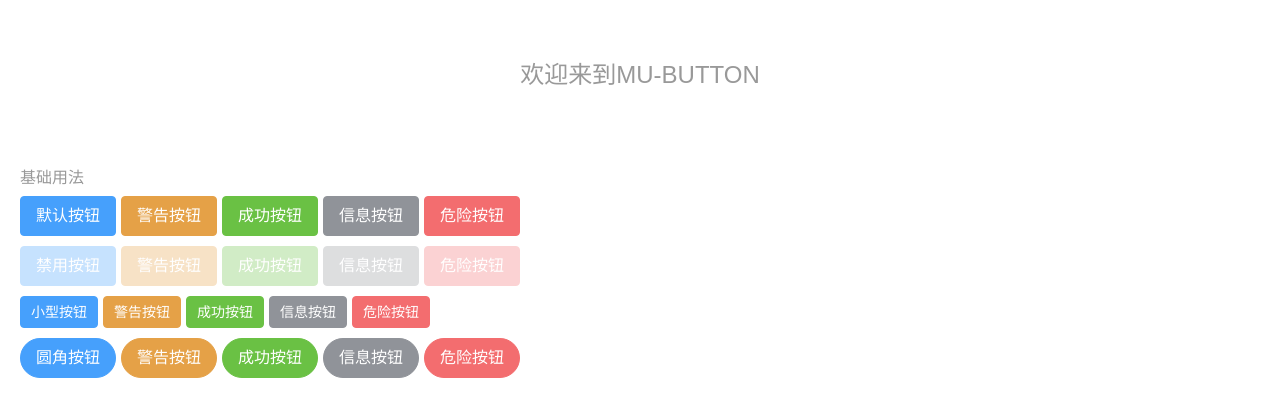
Repository: HuoXiaoYe/huoxiaoye_mumu
Page: /
The author's editor kept a copy of each file at every save. The page is drawn from the files as they stood at one save, then again after the next save.
The browser window is 1280 px wide. The pictures show the whole page.
The project was rebuilt for these pictures with package versions that can differ from the ones it lists, and the page was loaded fresh each time.

Above is the page before, as saved 2020-07-04 18:48:33.

### src/App.tsx
import React from 'react';
import './App.css';
import "@/assets/less/reset.less"
import ButtonWrap from "./pages/buttonWrap/buttonWrap"

function App() {
  return (
    <div className="App">
      <ButtonWrap />
    </div>
  );
}

export default App;

### src/pages/buttonWrap/buttonWrap.tsx
import React,{useState} from "react"
import "./index.less"
import MUButton from "../../components/button/button"
import Title from "../components/title/title"
import {ButtonType} from "@/tsconfig/MUButton"


interface Ibutton {
    type:ButtonType,
    value:string
}




const BUTTONDESC:string[] = ['基础用法','禁用按钮','小型按钮','圆角按钮'];
const getNode:(item:Ibutton,n:number)=>React.ReactNode = (item,n)=> {
    switch(n){
        case 0:
            return  <li key={item.type}><MUButton type={item.type}>{item.value}</MUButton></li>;
        case 1:
            return  <li key={item.type}><MUButton type={item.type}>{item.value}</MUButton></li>;
    }

}

function ButtonWrap() {
    const [buttonList] = useState<Ibutton[]>([
        {
            type:"warning",
            value:"警告按钮"
        },
        {
            type:"success",
            value:"成功按钮"
        },
        {
            type:"info",
            value:"信息按钮"
        },
        {
            type:"danger",
            value:"危险按钮"
        }
    ])
    function handleClick(q?:number,w?:number,e?:number){
        console.log('q',q)
        console.log('w',w)
        console.log('e',e)
    }
    return (
        <div className="button-wrap">
            <Title type="first">MU-BUTTON</Title>
            <div className="button-item">
                <Title type="second">基础用法</Title>
                <ul>
                    <li><MUButton>默认按钮</MUButton></li>
                    {
                        buttonList.map((item)=>{
                            return (
                                getNode(item,1)
                            )
                        })
                    }
                </ul>
                <ul>
                <li><MUButton disabled={true}>禁用按钮</MUButton></li>
                    {
                        buttonList.map((item)=>{
                            return (
                            <li key={item.type}><MUButton type={item.type} disabled={true}>{item.value}</MUButton></li>
                            )
                        })
                    }
                </ul>

                <ul>
                    <li><MUButton size="small">小型按钮</MUButton></li>
                    {
                        buttonList.map((item)=>{
                            return (
                                <li key={item.type}><MUButton type={item.type} size="small">{item.value}</MUButton></li>
                            )
                        })
                    }
                </ul>


                <ul>
                    <li><MUButton circle={true} onClick={handleClick}>圆角按钮</MUButton></li>
                    {
                        buttonList.map((item)=>{
                            return (
                            <li key={item.type}><MUButton circle={true} type={item.type}>{item.value}</MUButton></li>
                            )
                        })
                    }
                </ul>
            </div>

        </div>
    )
}

export default ButtonWrap

### src/pages/buttonWrap/index.less
@import '@/assets/less/common.less';

.button-wrap{

    .button-item{
        padding: 20px;

        ul{
            margin-top: 5px;
            display: flex;
            flex-wrap: wrap;
            li{
                margin-right: 5px;
                margin-top: 5px;
            }
        }
    }
}

### src/components/button/button.tsx
import React, { useEffect,useState } from 'react'
import { IProps } from "@/tsconfig/MUButton"
import "./index.less"




function MUButton(props: IProps) {
    const [btnClass,setBtnClass] = useState<string[]>(['mu-button'])
    useEffect(() => {
        let tempBtnClass:string[] = []
        if(props.type){
            tempBtnClass.push('mu-' + props.type)
        }else{
            tempBtnClass.push('mu-primary')
        }
        if(props.size){
            tempBtnClass.push('mu-' + props.size)
        }else{
            tempBtnClass.push('mu-normal')
        }
        if(props.disabled){
            tempBtnClass.push('mu-disabled')
        }
        if(props.circle){
            tempBtnClass.push('mu-circle')
        }
        setBtnClass([...btnClass,...tempBtnClass])
    // eslint-disable-next-line react-hooks/exhaustive-deps
    },[props])
    const handleClick = (e: React.MouseEvent<HTMLButtonElement | HTMLAnchorElement, MouseEvent>) => {
        const { onClick } = props;
        if (props.disabled) {
          return;
        }
        if (onClick) {
          (onClick as React.MouseEventHandler<HTMLButtonElement | HTMLAnchorElement>)(e);
        }
      };
    return (
        <button type="button" onClick={handleClick} className={btnClass.join(' ')} disabled={props.disabled}>
            {/* <i className="lake-loading"></i>
            <slot className="icon"></slot> */}

            {
                props.children
            }
        </button >
    )
}

export default MUButton

### src/pages/components/title/title.tsx
/* eslint-disable react-hooks/exhaustive-deps */
import React, {useState,useEffect} from "react"
import "./index.less"

type titleType = 'first' | 'second'

interface IProps {
    type : titleType,
    children?:any
}

function Title(props:IProps){
    const [,setClassName ]= useState<titleType>('first');
    useEffect(()=>{
        setClassName(props.type)
    })

    return (
        <div className="title-wrap">
            {
                props.type === 'first' ?
                <div className="firse-level">
                    欢迎来到
                    {
                        props.children
                    }
                </div>:
                <div className="second-level">
                    {
                        props.children
                    }
                </div>
            }
        </div>
    )
}

export default Title

### src/assets/less/common.less
@charset "utf-8";html{background-color:#fff;color:#000;font-size:12px}
body,ul,ol,dl,dd,h1,h2,h3,h4,h5,h6,figure,form,fieldset,legend,input,textarea,button,p,blockquote,th,td,pre,xmp{margin:0;padding:0}
body,input,textarea,button,select,pre,xmp,tt,code,kbd,samp{line-height:1.5;font-family:tahoma,arial,"Hiragino Sans GB",simsun,sans-serif}
h1,h2,h3,h4,h5,h6,small,big,input,textarea,button,select{font-size:100%}
h1,h2,h3,h4,h5,h6{font-family:tahoma,arial,"Hiragino Sans GB","微软雅黑",simsun,sans-serif}
h1,h2,h3,h4,h5,h6,b,strong{font-weight:normal}
address,cite,dfn,em,i,optgroup,var{font-style:normal}
table{border-collapse:collapse;border-spacing:0;text-align:left}
caption,th{text-align:inherit}
ul,ol,menu{list-style:none}
fieldset,img{border:0}
img,object,input,textarea,button,select{vertical-align:middle}
article,aside,footer,header,section,nav,figure,figcaption,hgroup,details,menu{display:block}
audio,canvas,video{display:inline-block;*display:inline;*zoom:1}
blockquote:before,blockquote:after,q:before,q:after{content:"\0020"}
textarea{overflow:auto;resize:vertical}
input,textarea,button,select,a{outline:0 none;border: none;}
button::-moz-focus-inner,input::-moz-focus-inner{padding:0;border:0}
mark{background-color:transparent}
a,ins,s,u,del{text-decoration:none}
sup,sub{vertical-align:baseline}
html {overflow-x: hidden;height: 100%;font-size: 50px;-webkit-tap-highlight-color: transparent;}
body {font-family: Arial, "Microsoft Yahei", "Helvetica Neue", Helvetica, sans-serif;color: #333;font-size: .28em;line-height: 1;-webkit-text-size-adjust: none;}
hr {height: .02rem;margin: .1rem 0;border: medium none;border-top: .02rem solid #cacaca;}
a {color: #25a4bb;text-decoration: none;}

### src/components/button/index.less
@btnPrefixClass:mu;
@brand-primary:#46a0fc;
@brand-error: #e5a147;
@brand-info: #909399;
@brand-danger: #f36d6f;
.btnType(@color){
    color: #fff;
    background-color: @color;
    border-color: @color;
}
@brand-success: #6ac144;
    .@{btnPrefixClass}-button {
        display: block;
        outline: 0 none;
        box-sizing: border-box;
        padding: 13px 15px;
        text-align: center;
        font-size: 16px;
        // width: 100%;
        min-width: 64px;
        height: 48px;
        line-height: 22px;
        overflow: hidden;
        text-overflow: ellipsis;
        word-break: break-word;
        white-space: nowrap;
        color: #333;
        background-color: #fff;
        border: 1px solid #D8DEE6;
        border-radius: 4px;
        user-select: none;
        -webkit-tap-highlight-color: rgba(0, 0, 0, 0);
        -webkit-appearance: none;
        -webkit-font-smoothing: antialiased;
    }
    .mu-primary {
        color: #fff;
        background-color: @brand-primary;
        border-color: @brand-primary;
        line-height: 48px;
    }
    .mu-warning {
        color: #fff;
        background-color: @brand-error;
        border-color: @brand-error;
    }
    .mu-success{
        color: #fff;
        background-color: @brand-success;
        border-color: @brand-success;
    }
    .mu-info{
        .btnType(@brand-info)
    }
    .mu-danger{
        .btnType(@brand-danger)
    }
    .mu-outline {
        color: @brand-primary;
        background-color: #fff;
        border-color: #008DFC;
    }
    .mu-small {
        font-size: 14px;
        height: 32px;
        line-height: 20px;
        padding: 5px 10px;
    }

    .mu-normal {
        font-size: 16px;
        height: 40px;
        line-height: 22px;
        padding: 8px 15px;
    }

    .mu-inline {
        display: inline-block;
        vertical-align: top;
        width: auto;
    }
    .mu-loading {
        display: flex;
        align-items: center;
        justify-content: center;
    }
    .mu-disabled{
        opacity: 0.3;
    }
    .mu-circle{
        border-radius: 20px;
    }
    .mu-loading {
        display: block;
        width: 12px;
        height: 12px;
        margin-right: 6px;
        border: 2px solid #e8e8e8;
        border-top-color: #c5c5c5;
        border-radius: 100%;
        animation: rotation 0.5s linear 0s infinite;
    }

    @keyframes rotation {
        from {
            transform: rotate(0deg);
        }
        to {
            transform: rotate(359deg);
        }
    }

### src/pages/components/title/index.less
.title-wrap{
    .firse-level{
        height: 150px;
        line-height: 150px;
        font-size: 24px;
        color: #999;
        text-align: center;
    }
    .second-level{
        font-size:16px;
        color: #999;
        text-align: left;
    }
}

Loaded but not shown: public/index.html (common file); src/index.tsx (common file); src/index.css (common file); src/App.css (common file); src/assets/less/reset.less (common file)

After the next save:
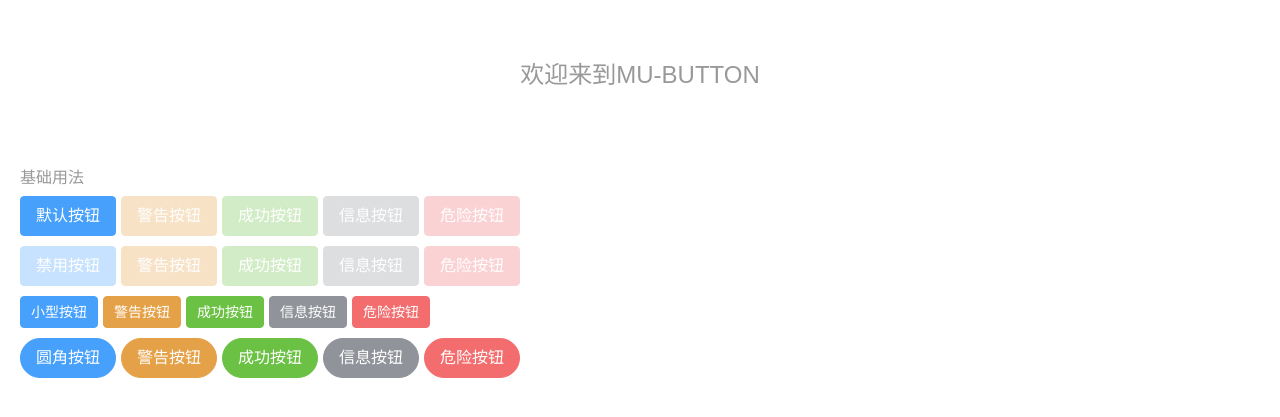
Saved 14 s later.
--- a/src/pages/buttonWrap/buttonWrap.tsx
+++ b/src/pages/buttonWrap/buttonWrap.tsx
@@ -19,7 +19,7 @@ const getNode:(item:Ibutton,n:number)=>React.ReactNode = (item,n)=> {
         case 0:
             return  <li key={item.type}><MUButton type={item.type}>{item.value}</MUButton></li>;
         case 1:
-            return  <li key={item.type}><MUButton type={item.type}>{item.value}</MUButton></li>;
+            return  <li key={item.type}><MUButton type={item.type} disabled={true}>{item.value}</MUButton></li>
     }
 
 }
